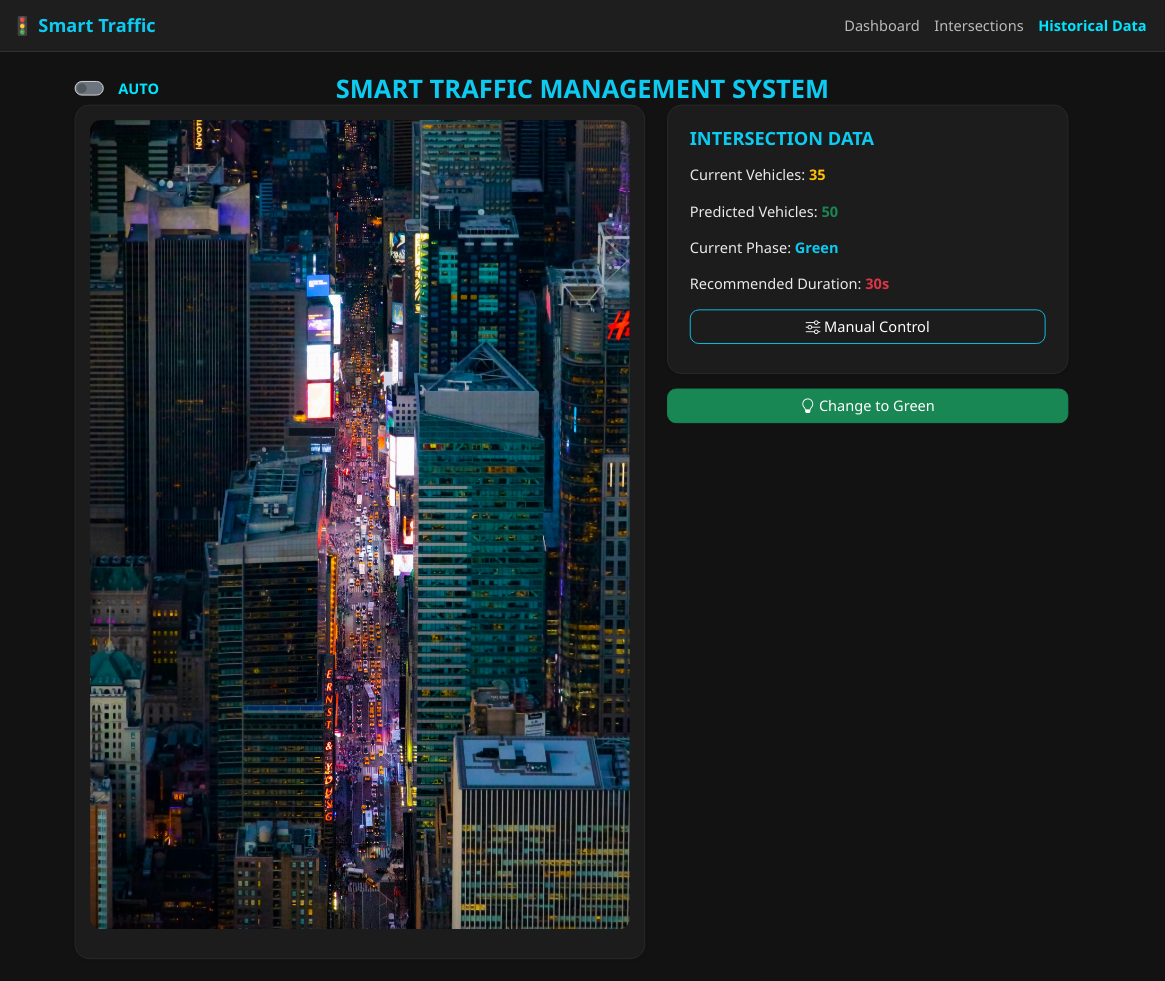
Repository: ayushkrpal/traffic-dashboard
Page: http://localhost/intersections
These files come from the project's save history. The page is drawn as it stood at one moment and after a run of saves; the edit follows.
The browser window is 1280 px wide. The pictures show the whole page, at 91% of full size.
The page is served by the project's Node server (server.js).

Above is the page before, as saved 2025-09-02 15:53:05.

After the next 2 saves:
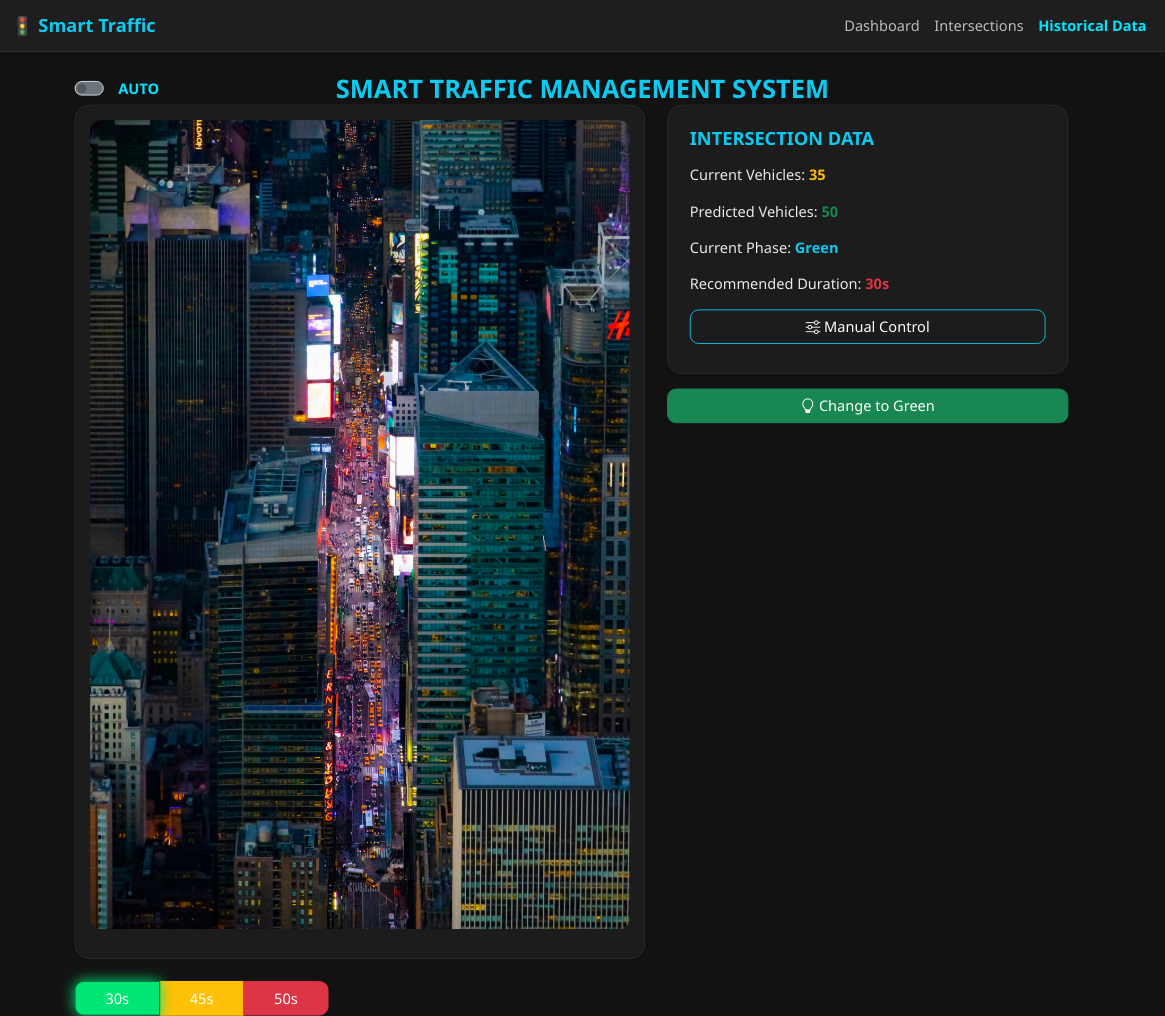
The 2 saves are shown as one change because they came seconds apart.
The last was saved 11 s later.
--- a/views/intersections.ejs
+++ b/views/intersections.ejs
@@ -167,6 +167,16 @@
     </div>
   </div>
 
+   <!-- Right: Signal Toggle Group -->
+      <div class="col-md-3">
+        <div class="btn-group w-100" role="group" aria-label="Signal Timing">
+          <button type="button" class="btn btn-success btn-custom active" data-time="30">30s</button>
+          <button type="button" class="btn btn-warning btn-custom" data-time="45">45s</button>
+          <button type="button" class="btn btn-danger btn-custom" data-time="50">50s</button>
+        </div>
+      </div>
+    </div>
+
   <!-- Bootstrap JS -->
   <script src="https://cdn.jsdelivr.net/npm/bootstrap@5.3.0/dist/js/bootstrap.bundle.min.js"></script>
 

After the save that followed:
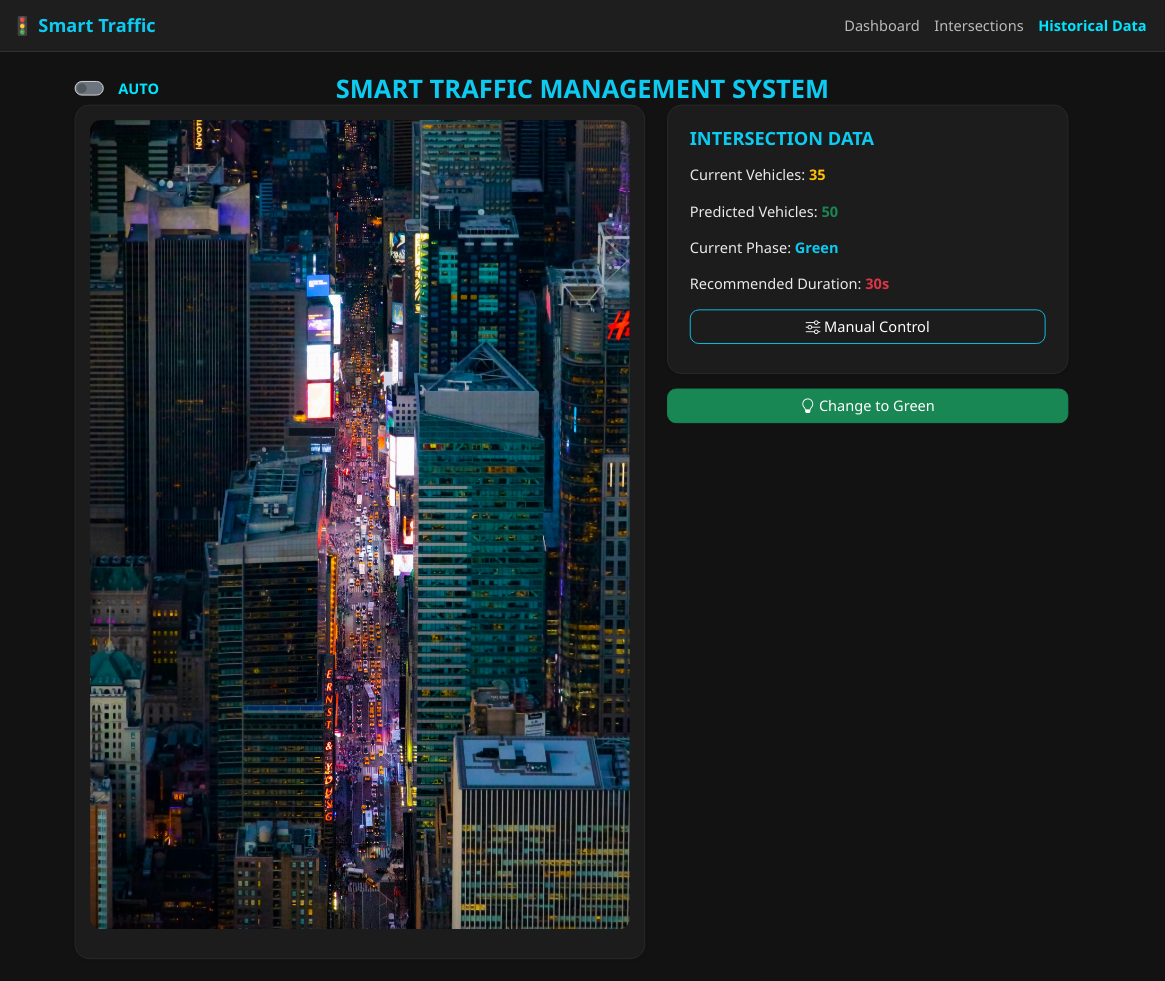
Saved 15 s later.
--- a/views/intersections.ejs
+++ b/views/intersections.ejs
@@ -167,15 +167,6 @@
     </div>
   </div>
 
-   <!-- Right: Signal Toggle Group -->
-      <div class="col-md-3">
-        <div class="btn-group w-100" role="group" aria-label="Signal Timing">
-          <button type="button" class="btn btn-success btn-custom active" data-time="30">30s</button>
-          <button type="button" class="btn btn-warning btn-custom" data-time="45">45s</button>
-          <button type="button" class="btn btn-danger btn-custom" data-time="50">50s</button>
-        </div>
-      </div>
-    </div>
 
   <!-- Bootstrap JS -->
   <script src="https://cdn.jsdelivr.net/npm/bootstrap@5.3.0/dist/js/bootstrap.bundle.min.js"></script>
